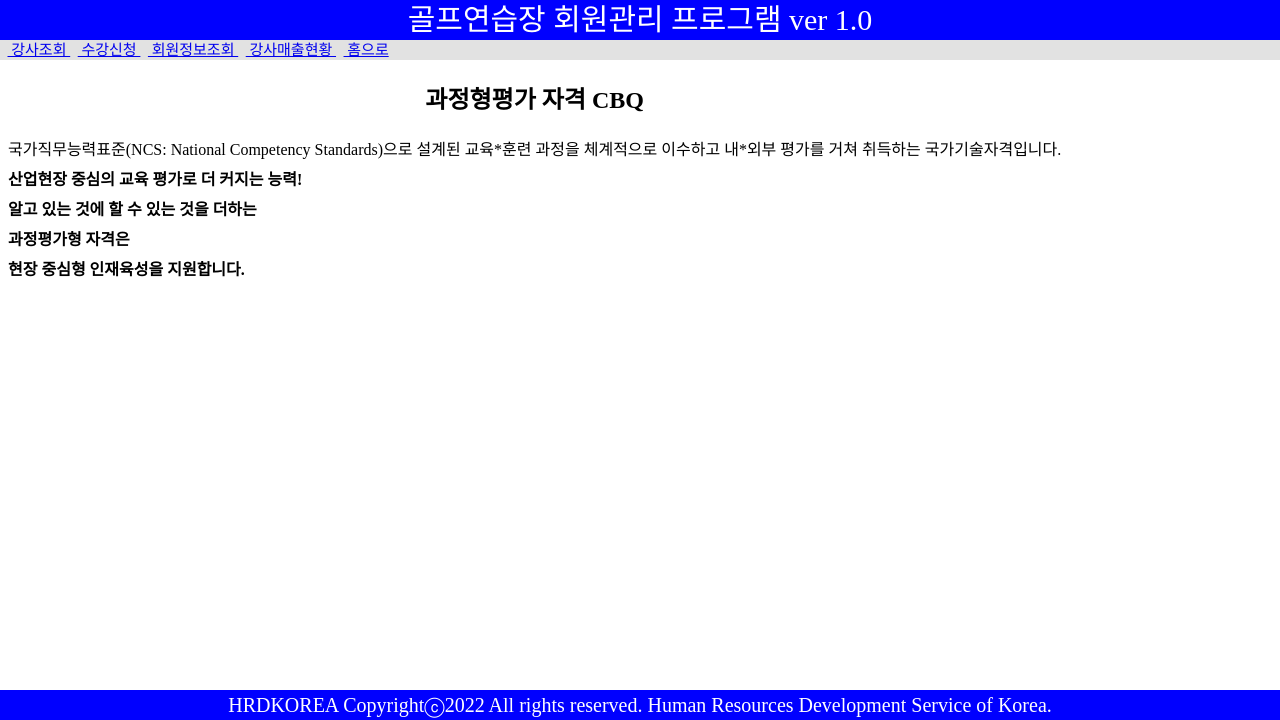
Repository: YeoJeongmo/hrdKorea
Page: http://localhost/HRD_01/
The author's editor kept a copy of each file at every save. The page is drawn from the files as they stood at one save, then again after the next save.
The browser window is 1280 px wide. The pictures show the whole page.
The page is served by Tomcat 9. Other server files are loaded and not shown.

Above is the page before, as saved 2024-09-02 06:10:01.

### cbq_01/workspace/HRD_01/src/main/webapp/index.jsp
<%@ page language="java" contentType="text/html; charset=UTF-8"
    pageEncoding="UTF-8"%>
<!DOCTYPE html>
<html>
<head>
<meta charset="UTF-8">
<title>Insert title here</title>
</head>
<body>

<jsp:include page="header.jsp"></jsp:include>
<section style="position: fixed; top: 60px;">
	<h2 style="text-align: center;">과정형평가 자격 CBQ</h2>
	<p style="line-height: 30px;">
		국가직무능력표준(NCS: National Competency Standards)으로 설계된 교육*훈련 과정을 체계적으로 이수하고 내*외부 평가를 거쳐 취득하는 국가기술자격입니다.<br>
		<b>산업현장 중심의 교육 평가로 더 커지는 능력!<br>
		알고 있는 것에 할 수 있는 것을 더하는<br>
		과정평가형 자격은<br>
		현장 중심형 인재육성을 지원합니다.</b>
	</p>
</section>

<jsp:include page="footer.jsp"></jsp:include>

</body>
</html>

### cbq_01/workspace/HRD_01/src/main/webapp/header.jsp
<%@ page language="java" contentType="text/html; charset=UTF-8"
    pageEncoding="UTF-8"%>
<!DOCTYPE html>
<html>
<head>
<meta charset="UTF-8">
<title>Insert title here</title>
</head>
<body>
<header style="position: fixed; top: 0; left: 0; width: 100%; height: 40px; line-height: 40px; font-size: 30px; background-color: blue; color: white; text-align: center;">골프연습장 회원관리 프로그램 ver 1.0</header>
<nav style="position: fixed; top: 40px; left: 0; width: 100%; height: 20px; line-height: 20px; font-size: 15px; background-color: #e2e2e2; color: white;">
&nbsp;&nbsp;<a href="teacher_list.jsp"> 강사조회 </a>
&nbsp;&nbsp;<a href="insert.jsp"> 수강신청 </a>
&nbsp;&nbsp;<a href="member_list.jsp"> 회원정보조회 </a>
&nbsp;&nbsp;<a href="teacher_salary.jsp"> 강사매출현황 </a>
&nbsp;&nbsp;<a href="index.jsp"> 홈으로 </a>
</nav>

</body>
</html>

### cbq_01/workspace/HRD_01/src/main/webapp/footer.jsp
<%@ page language="java" contentType="text/html; charset=UTF-8"
    pageEncoding="UTF-8"%>
<!DOCTYPE html>
<html>
<head>
<meta charset="UTF-8">
<title>Insert title here</title>
</head>
<body>
<footer style="position: fixed; bottom: 0; left: 0; width: 100%; height: 30px; line-height: 30px; font-size: 20px; background-color: blue; color: white; text-align: center;"
>HRDKOREA Copyrightⓒ2022 All rights reserved. Human Resources Development Service of Korea.</footer>
</body>
</html>

After the next save:
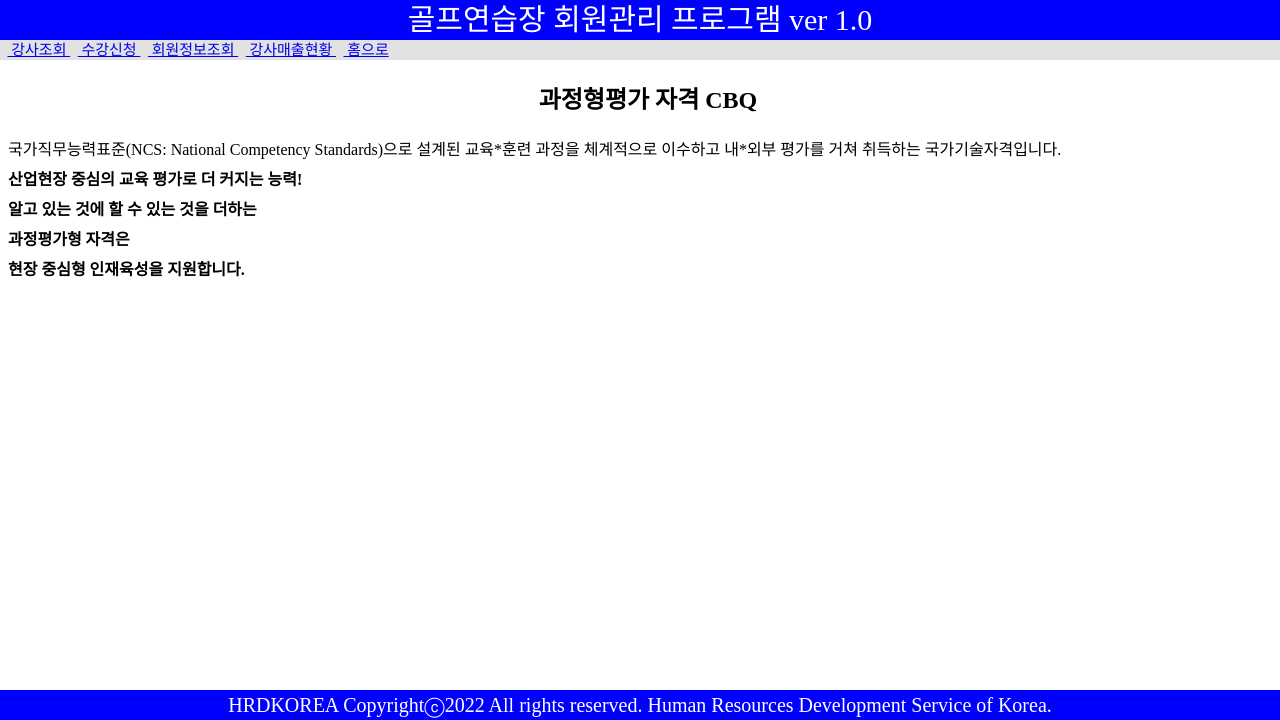
Saved 74 s later.
--- a/cbq_01/workspace/HRD_01/src/main/webapp/index.jsp
+++ b/cbq_01/workspace/HRD_01/src/main/webapp/index.jsp
@@ -9,7 +9,7 @@
 <body>
 
 <jsp:include page="header.jsp"></jsp:include>
-<section style="position: fixed; top: 60px;">
+<section style="position: fixed; width: 100%; top: 60px;">
 	<h2 style="text-align: center;">과정형평가 자격 CBQ</h2>
 	<p style="line-height: 30px;">
 		국가직무능력표준(NCS: National Competency Standards)으로 설계된 교육*훈련 과정을 체계적으로 이수하고 내*외부 평가를 거쳐 취득하는 국가기술자격입니다.<br>
